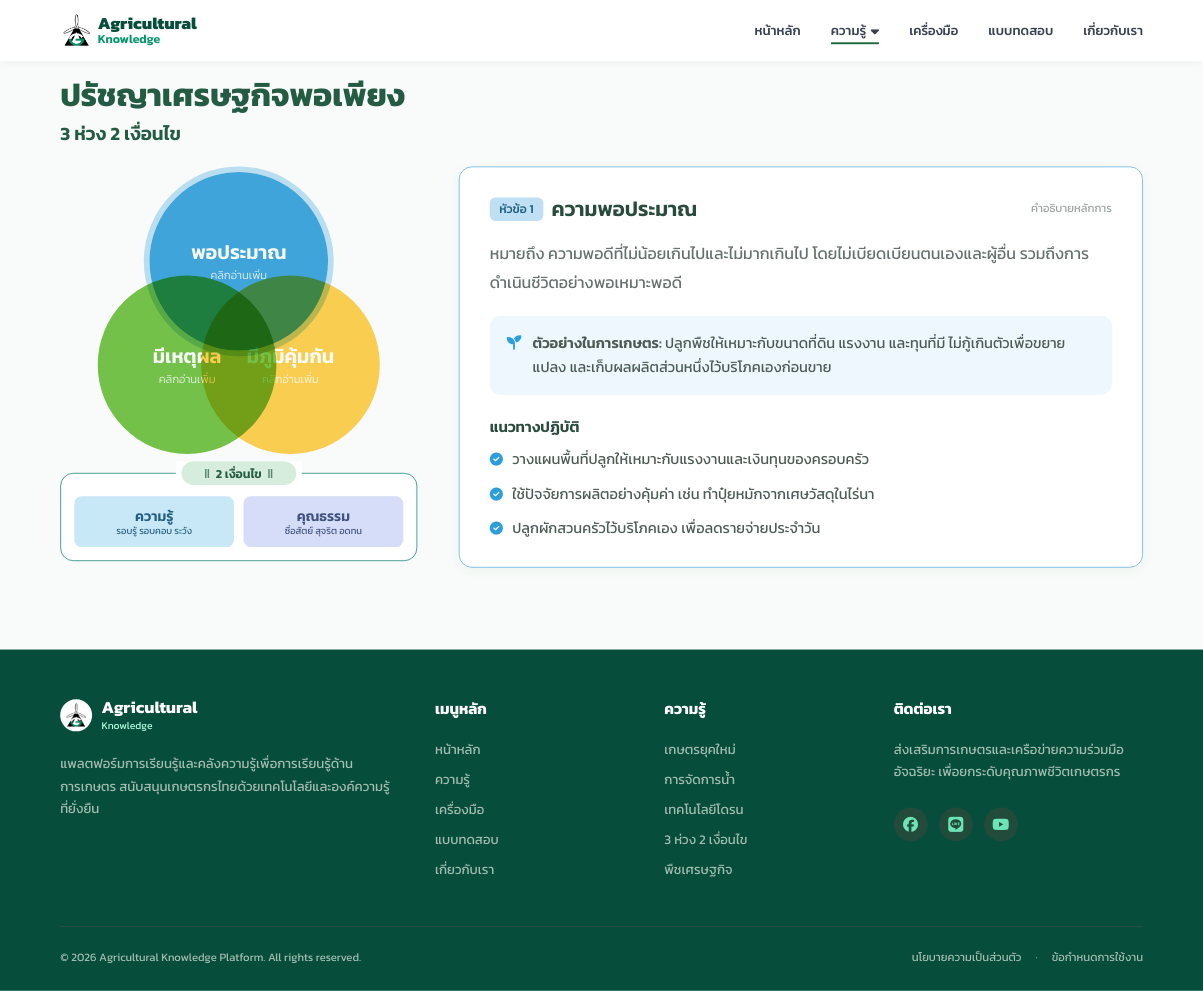
Repository: nuwat-wa/Project-WebdesignAG
Page: ag3.html
These files come from the project's save history. The page is drawn as it stood at one moment and after the next save; the edit follows.
The browser window is 1280 px wide. The pictures show the whole page, at 94% of full size.

Above is the page before, as saved 2026-10-03 21:55:20.

After the next save:
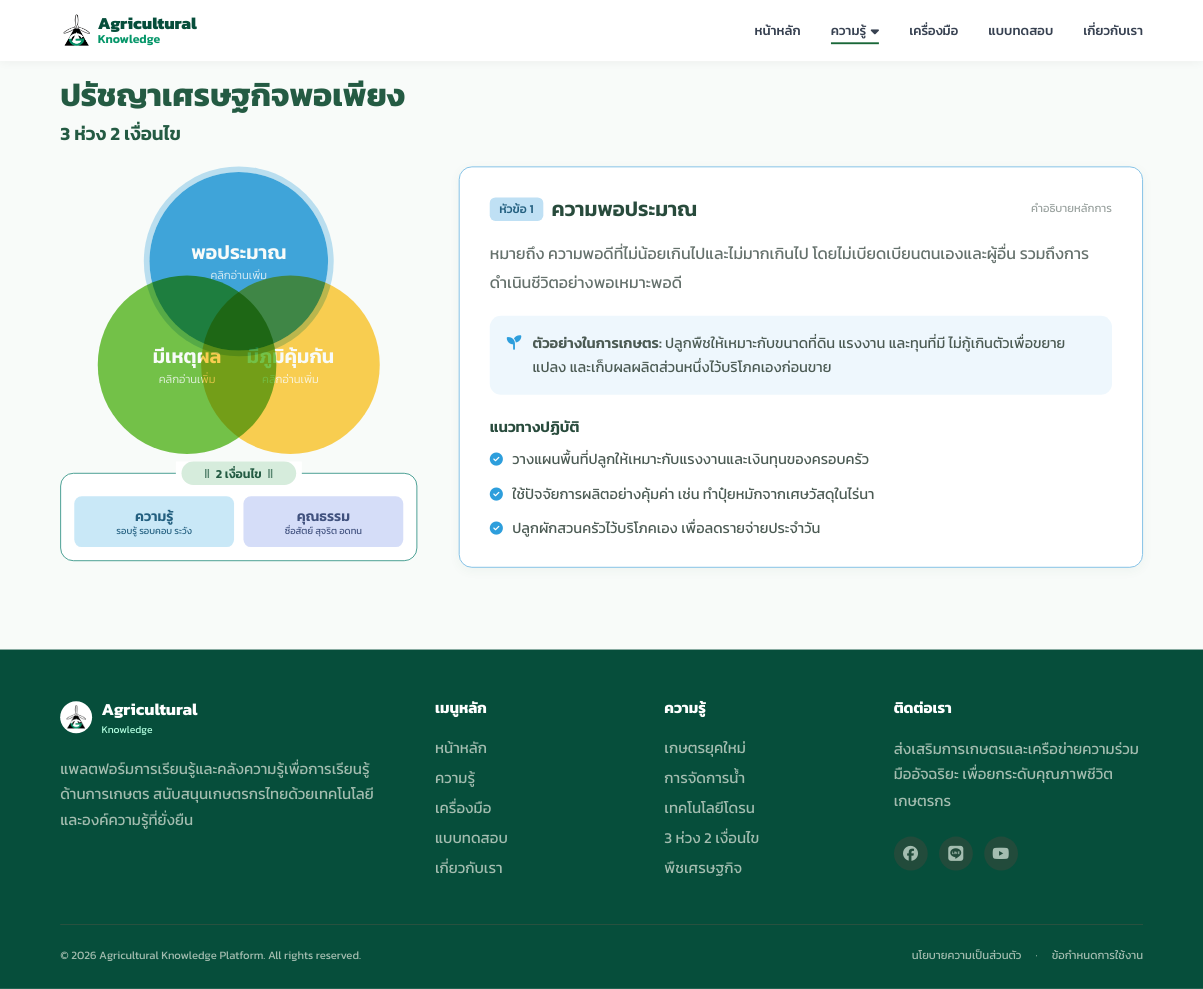
Saved 12 s later.
--- a/style/ag3.css
+++ b/style/ag3.css
@@ -622,46 +622,13 @@ input[type="radio"][name="topic"] {
   padding: 50px 5% 25px;
   background: #064e3b;
   color: #a4bdb0;
-  font-size: 14px;
-  line-height: 1.7;
-  margin-top: auto;
-}
-
-.site-footer a {
-  color: #a4bdb0;
-  text-decoration: none;
-}
-
-.site-footer a:hover {
-  color: #65dfb0;
-}
-
-.footer-top,
-.footer-bottom {
+}
+
+.footer-top {
   width: 100%;
-  margin-left: 0;
-  margin-right: 0;
-}
-
-.footer-top {
-  display: flex;
-  justify-content: space-between;
+  display: grid;
+  grid-template-columns: 1.6fr 0.9fr 0.9fr 1.2fr;
   gap: 45px;
-}
-
-.footer-about {
-  flex: 1.6;
-  min-width: 0;
-}
-
-.footer-column {
-  flex: 0.9;
-  min-width: 0;
-}
-
-.footer-contact {
-  flex: 1.2;
-  min-width: 0;
 }
 
 .footer-logo {
@@ -690,15 +657,17 @@ input[type="radio"][name="topic"] {
   justify-content: center;
 }
 
+.footer-logo strong,
+.footer-logo small {
+  display: block;
+}
+
 .footer-logo strong {
-  display: block;
   color: white;
   font-size: 18px;
-  line-height: 1.2;
 }
 
 .footer-logo small {
-  display: block;
   color: #b3ffe1;
   font-size: 11px;
 }
@@ -709,6 +678,11 @@ input[type="radio"][name="topic"] {
   font-size: 16px;
 }
 
+.site-footer p {
+  margin: 0;
+  line-height: 1.7;
+}
+
 .site-footer ul {
   padding: 0;
   list-style: none;
@@ -718,6 +692,15 @@ input[type="radio"][name="topic"] {
   margin-bottom: 8px;
 }
 
+.site-footer a {
+  color: #a4bdb0;
+  text-decoration: none;
+}
+
+.site-footer a:hover {
+  color: #65dfb0;
+}
+
 .footer-social {
   display: flex;
   gap: 12px;
@@ -727,27 +710,22 @@ input[type="radio"][name="topic"] {
 .footer-social a {
   width: 36px;
   height: 36px;
+  background: #224b3b;
   border-radius: 50%;
-  background: #224b3b;
-  color: #6ce4b6 !important;
   display: flex;
   align-items: center;
   justify-content: center;
-  font-size: 16px;
-}
-
-.footer-social a:hover {
-  background: #30634e;
 }
 
 .footer-bottom {
-  display: flex;
-  align-items: center;
-  justify-content: space-between;
-  gap: 20px;
+  width: 100%;
   margin-top: 40px;
   padding-top: 22px;
   border-top: 1px solid #2b5140;
+  display: flex;
+  align-items: center;
+  justify-content: space-between;
+  gap: 20px;
   font-size: 12px;
 }
 
